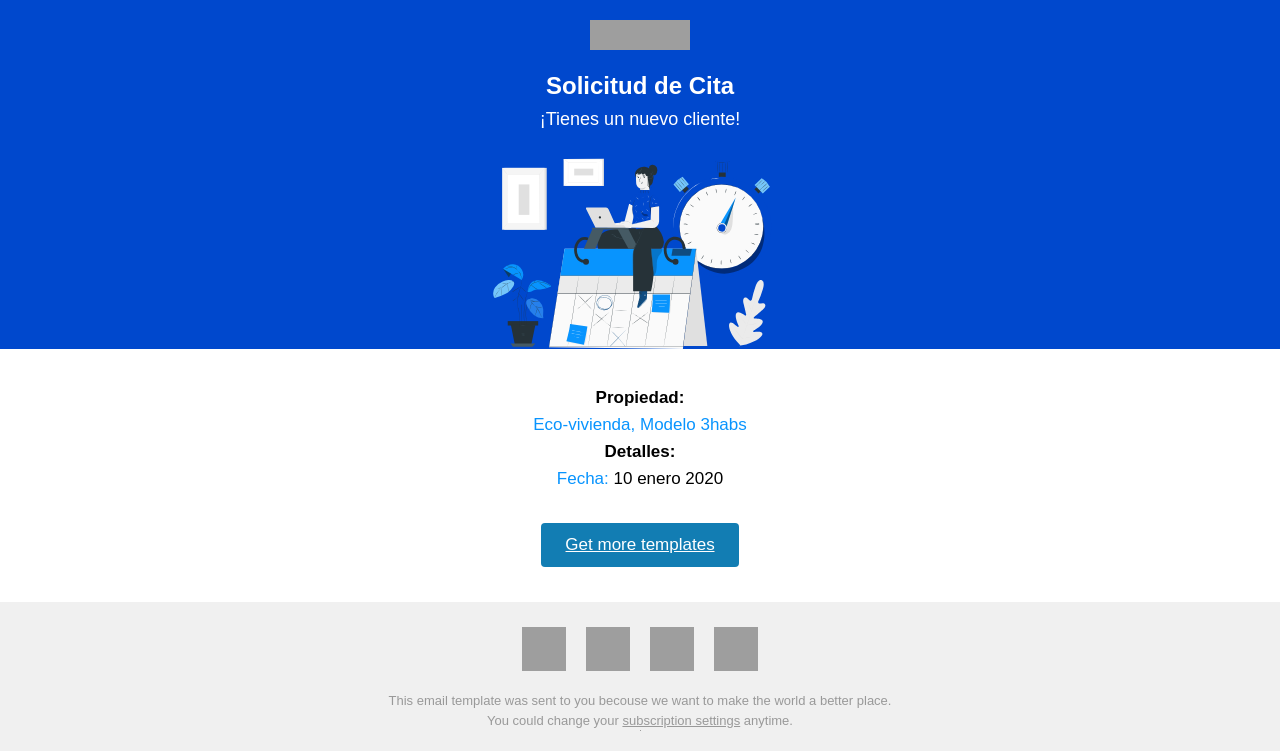
Repository: FabioMadrid/atlas_code
Page: correo_cita_vendedor.html
An editor plug-in stored every save of this project. The page is shown before and after the next save, followed by the edit.
The browser window is 1280 px wide. The pictures show the whole page.
Pictures or frames that could not be fetched are drawn as grey boxes.

Above is the page before, as saved 2021-01-14 16:41:39.

### correo_cita_vendedor.html
<html xmlns="http://www.w3.org/1999/xhtml">
<head>
	<meta http-equiv="content-type" content="text/html; charset=utf-8">
  	<meta name="viewport" content="width=device-width, initial-scale=1.0;">
 	<meta name="format-detection" content="telephone=no"/>

	<style>
/* Reset styles */
    body {
        margin: 0; padding: 0; min-width: 100%; width: 100% !important; height: 100% !important;
        }
    body, table, td, div, p, a {
        -webkit-font-smoothing: antialiased; text-size-adjust: 100%; -ms-text-size-adjust: 100%;
        -webkit-text-size-adjust: 100%; line-height: 100%;
        }
    table, td {
         mso-table-lspace: 0pt; mso-table-rspace: 0pt;
         border-collapse: collapse !important; border-spacing: 0; }
    img {
        border: 0; line-height: 100%; outline: none; text-decoration: none;
        -ms-interpolation-mode: bicubic;
        }
    #outlook a { padding: 0; }
    .ReadMsgBody { width: 100%; }
    .ExternalClass { width: 100%; }
    .ExternalClass, .ExternalClass p, .ExternalClass span, .ExternalClass font, .E
    xternalClass td, .ExternalClass div {
        line-height: 100%;
        }

/* Extra floater space for advanced mail clients only */
@media all and (max-width: 600px) {
	.floater { width: 320px; }
}

/* Set color for auto links (addresses, dates, etc.) */
a, a:hover {
	color: #127DB3;
}
.footer a, .footer a:hover {
	color: #999999;
}

 	</style>

	<!-- MESSAGE SUBJECT -->
	<title>Cita Confirmada</title>

</head>

<!-- BODY -->
<!-- Set message background color (twice) and text color (twice) -->
<body topmargin="0" rightmargin="0" bottommargin="0" leftmargin="0" marginwidth="0" marginheight="0" width="100%" style="border-collapse: collapse; border-spacing: 0; margin: 0; padding: 0; width: 100%; height: 100%; -webkit-font-smoothing: antialiased; text-size-adjust: 100%; -ms-text-size-adjust: 100%; -webkit-text-size-adjust: 100%; line-height: 100%;
	background-color: #FFFFFF;
	color: #000000;"
	bgcolor="#FFFFFF"
	text="#000000">

<!-- SECTION / BACKGROUND -->
<!-- Set section background color -->
<table width="100%" align="center" border="0" cellpadding="0" cellspacing="0" style="border-collapse: collapse; border-spacing: 0; margin: 0; padding: 0; width: 100%;" class="background"><tr><td align="center" valign="top" style="border-collapse: collapse; border-spacing: 0; margin: 0; padding: 0;"
	bgcolor="#0048CD">

<!-- WRAPPER -->
<!-- Set wrapper width (twice) -->
<table border="0" cellpadding="0" cellspacing="0" align="center"
	width="600" style="border-collapse: collapse; border-spacing: 0; padding: 0; width: inherit;
	max-width: 600px;" class="wrapper">

	<tr>
		<td align="center" valign="top" style="border-collapse: collapse; border-spacing: 0; margin: 0; padding: 0; padding-left: 6.25%; padding-right: 6.25%; width: 87.5%;
			padding-top: 20px;">

			<!-- PREHEADER -->
			<!-- Set text color to background color -->
			<div style="display: none; visibility: hidden; overflow: hidden; opacity: 0; font-size: 1px; line-height: 1px; height: 0; max-height: 0; max-width: 0;
			color: #FFFFFF;" class="preheader">
				Available on&nbsp;GitHub and&nbsp;CodePen. holis aqui va un texto</div>

			<!-- LOGO -->
			<!-- Image text color should be opposite to background color. Set your url, image src, alt and title. Alt text should fit the image size. Real image size should be x2. URL format: http://domain.com/?utm_source={{Campaign-Source}}&utm_medium=email&utm_content=logo&utm_campaign={{Campaign-Name}} -->
			<a target="_blank" style="text-decoration: none;"
				href="https://github.com/konsav/email-templates/"><img border="0" vspace="0" hspace="0"
				src="https://raw.githubusercontent.com/konsav/email-templates/master/images/logo-white.png"
				width="100" height="30"
				alt="Logo" title="Logo" style="
				color: #000000;
				font-size: 10px; margin: 0; padding: 0; outline: none; text-decoration: none; -ms-interpolation-mode: bicubic; border: none; display: block;" /></a>

		</td>
	</tr>

	<!-- HEADER -->
	<!-- Set text color and font family ("sans-serif" or "Georgia, serif") -->
	<tr>
		<td align="center" valign="top" style="border-collapse: collapse; border-spacing: 0; margin: 0; padding: 0; padding-left: 6.25%; padding-right: 6.25%; width: 87.5%; font-size: 24px; font-weight: bold; line-height: 130%;
			padding-top: 20px;
			color: #FFFFFF;
			font-family: sans-serif;" class="header">
				Solicitud de Cita
		</td>
	</tr>

	<!-- SUBHEADER -->
	<!-- Set text color and font family ("sans-serif" or "Georgia, serif") -->
	<tr>
		<td align="center" valign="top" style="border-collapse: collapse; border-spacing: 0; margin: 0; padding: 0; padding-bottom: 3px; padding-left: 6.25%; padding-right: 6.25%; width: 87.5%; font-size: 18px; font-weight: 300; line-height: 150%;
			padding-top: 5px;
			color: #FFFFFF;
			font-family: sans-serif;" class="subheader">
				¡Tienes un nuevo cliente!
		</td>
	</tr>

	<!-- HERO IMAGE -->
	<!-- Image text color should be opposite to background color. Set your url, image src, alt and title. Alt text should fit the image size. Real image size should be x2 (wrapper x2). Do not set height for flexible images (including "auto"). URL format: http://domain.com/?utm_source={{Campaign-Source}}&utm_medium=email&utm_content={{Ìmage-Name}}&utm_campaign={{Campaign-Name}} -->
	<tr>
		<td align="center" valign="top" style="border-collapse: collapse; border-spacing: 0; margin: 0; padding: 0;
			padding-top: 20px;" class="hero"><a target="_blank" style="text-decoration: none;"
			href="#"><img border="0" vspace="0" hspace="0"
			src="./svg/calendario_mujer.svg"
			alt="Please enable images to view this content" title="Hero Image"
			width="530" style="
			width: 88.33%;
			max-width: 530px;
			color: #FFFFFF; font-size: 13px; margin: 0; padding: 0; outline: none; text-decoration: none; -ms-interpolation-mode: bicubic; border: none; display: block;"/></a></td>
	</tr>


<!-- End of WRAPPER -->
</table>

<!-- SECTION / BACKGROUND -->
<!-- Set section background color -->
</td></tr><tr><td align="center" valign="top" style="border-collapse: collapse; border-spacing: 0; margin: 0; padding: 0;
	padding-top: 5px;"
	bgcolor="#FFFFFF">

<!-- WRAPPER -->
<!-- Set conteiner background color -->
<table border="0" cellpadding="0" cellspacing="0" align="center"
	width="600" style="border-collapse: collapse; border-spacing: 0; padding: 0; width: inherit;
	max-width: 600px;">

	<!-- FLOATERS -->
	<!-- Floaters (left align tables) need extra 10px spacing in a line (Outlook fix). Floater table width = (wrapper width / 2) - 10px. Set text color and font family ("sans-serif" or "Georgia, serif"). Duplicate all text styles in links, including line-height. Image text color should be opposite to background color. Set your url, image src, alt and title. Alt text should fit the image size. Real image size should be x2. Do not set height for flexible images (including "auto"). URL format: http://domain.com/?utm_source={{Campaign-Source}}&utm_medium=email&utm_content={{Ìmage-Name}}&utm_campaign={{Campaign-Name}} -->
	<tr>
        <td align="center" valign="top" style="border-collapse: collapse; border-spacing: 0; margin: 0; padding: 0; padding-left: 10px; padding-right: 10px;" class="floaters">
        <table width="280" border="0" cellpadding="0" cellspacing="0" align="left" valign="top" style="border-collapse: collapse; mso-table-lspace: 0pt; mso-table-rspace: 0pt; border-spacing: 0; margin: 0; padding: 0; display: inline-table; float: none;" class="floater"><tr><td align="center" valign="top" style="border-collapse: collapse; border-spacing: 0; margin: 0; padding: 0; padding-left: 15px; padding-right: 15px; font-size: 17px; font-weight: 400; line-height: 160%;
			padding-top: 30px;
			font-family: sans-serif;
            color: #000000;">
            <b>Propiedad:</b> <br>

            <a target="_blank" style="text-decoration: none;
			font-size: 17px; line-height: 160%; color: #0894FE;"
            href="https://atlashome.hn/vistaCondominio/14">Eco-vivienda, Modelo 3habs</b></a> <br>

            <b>Detalles:</b> <br>

            <span style="color:#0894FE;"> Fecha: </span> <span>10 enero 2020</span>

        </td>
    </tr>
    </table>


	<!-- BUTTON -->
	<!-- Set button background color at TD, link/text color at A and TD, font family ("sans-serif" or "Georgia, serif") at TD. For verification codes add "letter-spacing: 5px;". Link format: http://domain.com/?utm_source={{Campaign-Source}}&utm_medium=email&utm_content={{Button-Name}}&utm_campaign={{Campaign-Name}} -->
 	<tr>
		<td align="center" valign="top" style="border-collapse: collapse; border-spacing: 0; margin: 0; padding: 0; padding-left: 6.25%; padding-right: 6.25%; width: 87.5%;
			padding-top: 30px;
			padding-bottom: 35px;" class="button"><a
			href="https://github.com/konsav/email-templates/" target="_blank" style="text-decoration: underline;">
				<table border="0" cellpadding="0" cellspacing="0" align="center" style="max-width: 240px; min-width: 120px; border-collapse: collapse; border-spacing: 0; padding: 0;"><tr><td align="center" valign="middle" style="padding: 12px 24px; margin: 0; text-decoration: underline; border-collapse: collapse; border-spacing: 0; border-radius: 4px; -webkit-border-radius: 4px; -moz-border-radius: 4px; -khtml-border-radius: 4px;"
					bgcolor="#127DB3"><a target="_blank" style="text-decoration: underline;
					color: #FFFFFF; font-family: sans-serif; font-size: 17px; font-weight: 400; line-height: 120%;"
					href="https://github.com/konsav/email-templates/">
						Get more templates
					</a>
			</td></tr></table></a>
		</td>
	</tr>

<!-- End of WRAPPER -->
</table>

<!-- SECTION / BACKGROUND -->
<!-- Set section background color -->
</td></tr><tr><td align="center" valign="top" style="border-collapse: collapse; border-spacing: 0; margin: 0; padding: 0;"
	bgcolor="#F0F0F0">

<!-- WRAPPER -->
<!-- Set wrapper width (twice) -->
<table border="0" cellpadding="0" cellspacing="0" align="center"
	width="600" style="border-collapse: collapse; border-spacing: 0; padding: 0; width: inherit;
	max-width: 600px;" class="wrapper">

	<!-- SOCIAL NETWORKS -->
	<!-- Image text color should be opposite to background color. Set your url, image src, alt and title. Alt text should fit the image size. Real image size should be x2 -->
	<tr>
		<td align="center" valign="top" style="border-collapse: collapse; border-spacing: 0; margin: 0; padding: 0; padding-left: 6.25%; padding-right: 6.25%; width: 87.5%;
			padding-top: 25px;" class="social-icons"><table
			width="256" border="0" cellpadding="0" cellspacing="0" align="center" style="border-collapse: collapse; border-spacing: 0; padding: 0;">
			<tr>

				<!-- ICON 1 -->
				<td align="center" valign="middle" style="margin: 0; padding: 0; padding-left: 10px; padding-right: 10px; border-collapse: collapse; border-spacing: 0;"><a target="_blank"
					href="https://raw.githubusercontent.com/konsav/email-templates/"
				style="text-decoration: none;"><img border="0" vspace="0" hspace="0" style="padding: 0; margin: 0; outline: none; text-decoration: none; -ms-interpolation-mode: bicubic; border: none; display: inline-block;
					color: #000000;"
					alt="F" title="Facebook"
					width="44" height="44"
					src="https://raw.githubusercontent.com/konsav/email-templates/master/images/social-icons/facebook.png"></a></td>

				<!-- ICON 2 -->
				<td align="center" valign="middle" style="margin: 0; padding: 0; padding-left: 10px; padding-right: 10px; border-collapse: collapse; border-spacing: 0;"><a target="_blank"
					href="https://raw.githubusercontent.com/konsav/email-templates/"
				style="text-decoration: none;"><img border="0" vspace="0" hspace="0" style="padding: 0; margin: 0; outline: none; text-decoration: none; -ms-interpolation-mode: bicubic; border: none; display: inline-block;
					color: #000000;"
					alt="T" title="Twitter"
					width="44" height="44"
					src="https://raw.githubusercontent.com/konsav/email-templates/master/images/social-icons/twitter.png"></a></td>

				<!-- ICON 3 -->
				<td align="center" valign="middle" style="margin: 0; padding: 0; padding-left: 10px; padding-right: 10px; border-collapse: collapse; border-spacing: 0;"><a target="_blank"
					href="https://raw.githubusercontent.com/konsav/email-templates/"
				style="text-decoration: none;"><img border="0" vspace="0" hspace="0" style="padding: 0; margin: 0; outline: none; text-decoration: none; -ms-interpolation-mode: bicubic; border: none; display: inline-block;
					color: #000000;"
					alt="G" title="Google Plus"
					width="44" height="44"
					src="https://raw.githubusercontent.com/konsav/email-templates/master/images/social-icons/googleplus.png"></a></td>

				<!-- ICON 4 -->
				<td align="center" valign="middle" style="margin: 0; padding: 0; padding-left: 10px; padding-right: 10px; border-collapse: collapse; border-spacing: 0;"><a target="_blank"
					href="https://raw.githubusercontent.com/konsav/email-templates/"
				style="text-decoration: none;"><img border="0" vspace="0" hspace="0" style="padding: 0; margin: 0; outline: none; text-decoration: none; -ms-interpolation-mode: bicubic; border: none; display: inline-block;
					color: #000000;"
					alt="I" title="Instagram"
					width="44" height="44"
					src="https://raw.githubusercontent.com/konsav/email-templates/master/images/social-icons/instagram.png"></a></td>

			</tr>
			</table>
		</td>
	</tr>

	<!-- FOOTER -->
	<!-- Set text color and font family ("sans-serif" or "Georgia, serif"). Duplicate all text styles in links, including line-height -->
	<tr>
		<td align="center" valign="top" style="border-collapse: collapse; border-spacing: 0; margin: 0; padding: 0; padding-left: 6.25%; padding-right: 6.25%; width: 87.5%; font-size: 13px; font-weight: 400; line-height: 150%;
			padding-top: 20px;
			padding-bottom: 20px;
			color: #999999;
			font-family: sans-serif;" class="footer">

				This email template was sent to&nbsp;you becouse we&nbsp;want to&nbsp;make the&nbsp;world a&nbsp;better place.<br/> You&nbsp;could change your <a href="https://github.com/konsav/email-templates/" target="_blank" style="text-decoration: underline; color: #999999; font-family: sans-serif; font-size: 13px; font-weight: 400; line-height: 150%;">subscription settings</a> anytime.

				<!-- ANALYTICS -->
				<!-- https://www.google-analytics.com/collect?v=1&tid={{UA-Tracking-ID}}&cid={{Client-ID}}&t=event&ec=email&ea=open&cs={{Campaign-Source}}&cm=email&cn={{Campaign-Name}} -->
				<img width="1" height="1" border="0" vspace="0" hspace="0" style="margin: 0; padding: 0; outline: none; text-decoration: none; -ms-interpolation-mode: bicubic; border: none; display: block;"
				src="https://raw.githubusercontent.com/konsav/email-templates/master/images/tracker.png" />

		</td>
	</tr>

<!-- End of WRAPPER -->
</table>

<!-- End of SECTION / BACKGROUND -->
</td></tr></table>

</body>
</html>

After the next save:
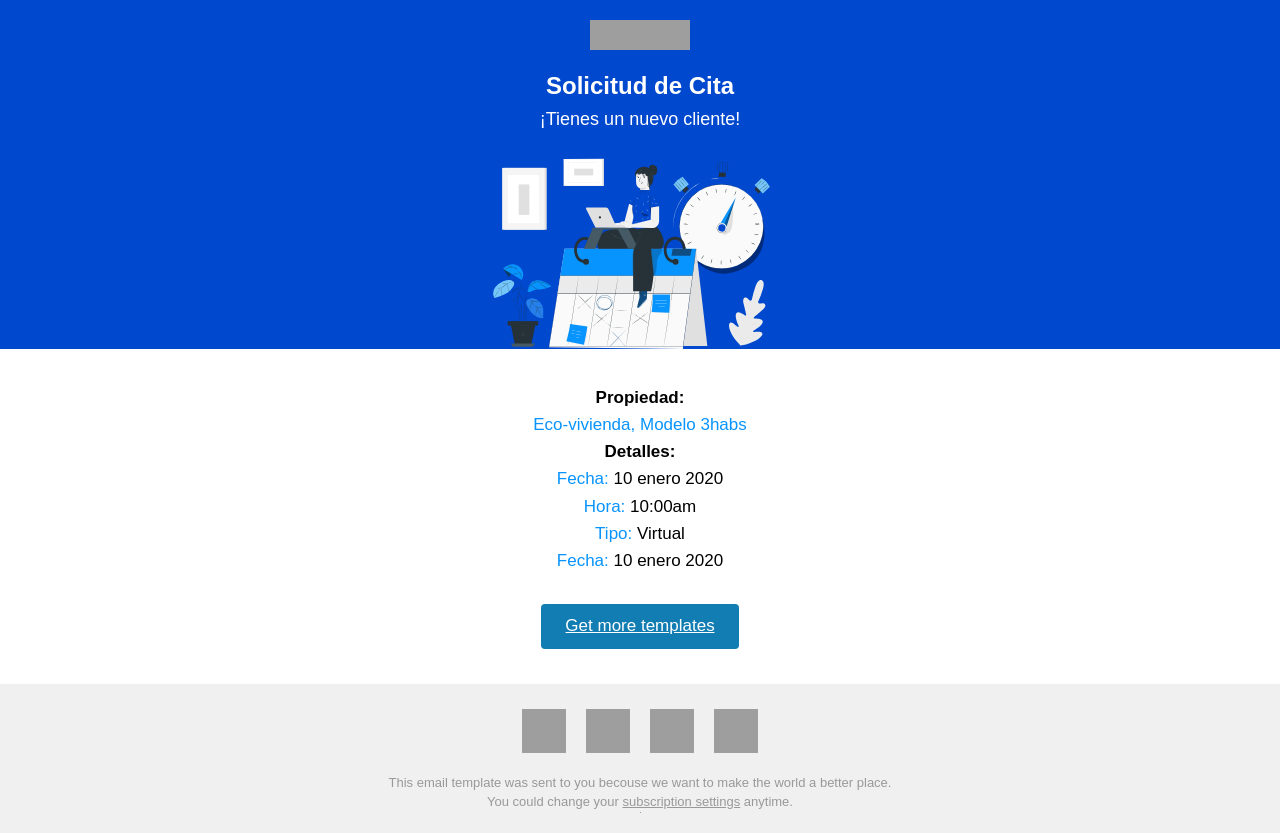
Saved 69 s later.
--- a/correo_cita_vendedor.html
+++ b/correo_cita_vendedor.html
@@ -158,7 +158,10 @@ a, a:hover {
 
             <b>Detalles:</b> <br>
 
-            <span style="color:#0894FE;"> Fecha: </span> <span>10 enero 2020</span>
+            <span style="color:#0894FE;"> Fecha: </span> <span>10 enero 2020</span> <br>
+            <span style="color:#0894FE;"> Hora: </span> <span>10:00am</span> <br>
+            <span style="color:#0894FE;"> Tipo: </span> <span>Virtual</span> <br>
+            <span style="color:#0894FE;"> Fecha: </span> <span>10 enero 2020</span> <br>
 
         </td>
     </tr>
